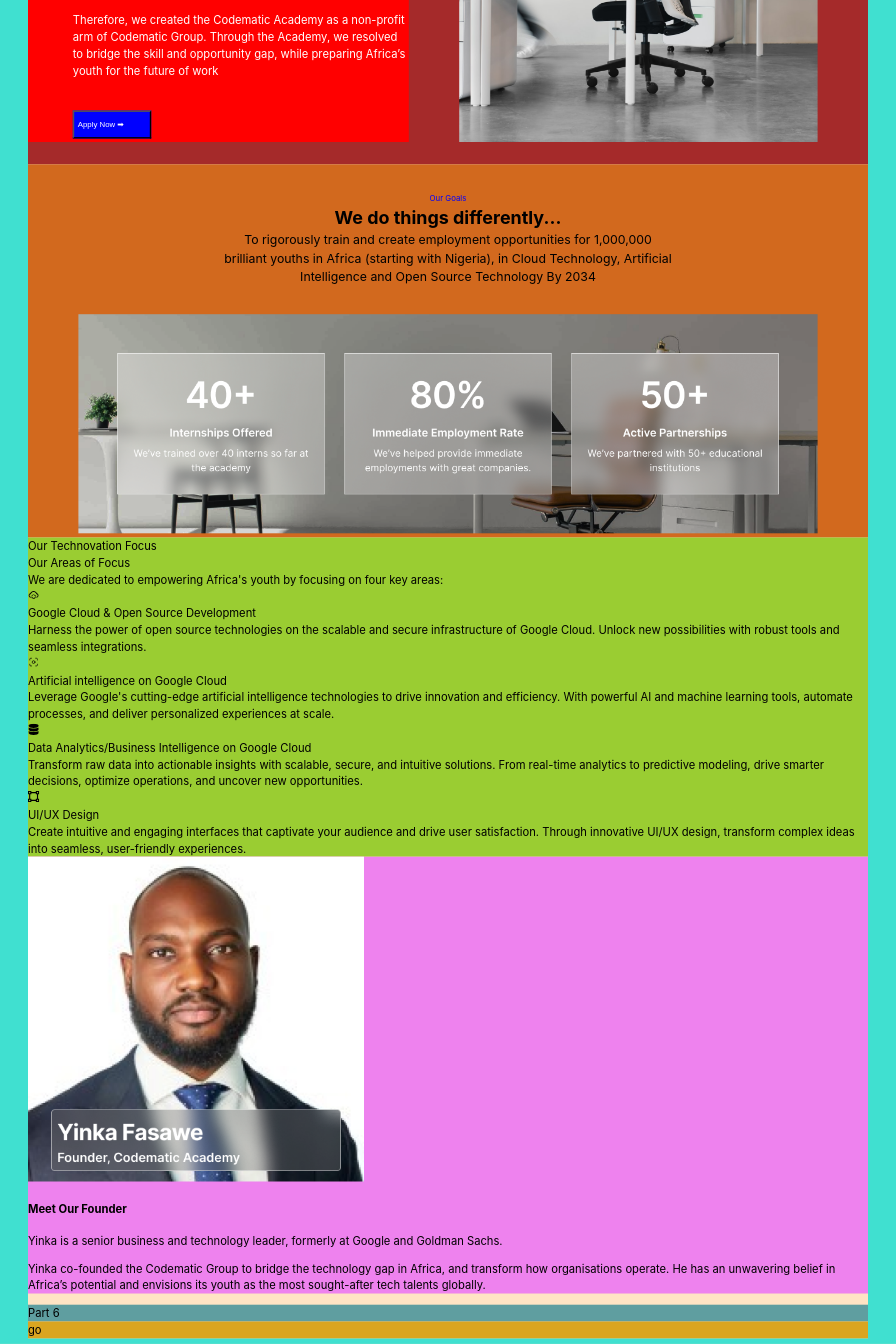
Repository: Gabriel221-dev/Codematic-page
Page: /
The author's editor kept a copy of each file at every save. The page is drawn from the files as they stood at one save, then again after the next save.
The browser window is 1280 px wide. The pictures show the part of the page from y = 1407 to 3327 px (the page is 3327 px tall before and 3303 px after), at 70% of full size.
The project was rebuilt for these pictures with package versions that can differ from the ones it lists, and the page was loaded fresh each time. Also part of the build but not shown: vite.config.js.

Above is the page before, as saved 2024-07-25 09:07:40.

### src/App.jsx
import "./App.css";
import Home from "./pages/home";

function App() {
  return (
    <section>
      <div> Hello </div>
      <Home />
    </section>
  );
}

export default App;

### src/index.css
:root {
  font-family: Inter, system-ui, Avenir, Helvetica, Arial, sans-serif;
  line-height: 1.5;
  font-weight: 400;
  padding: 0 2rem;

  /* color-scheme: light dark; */
  /* background-color: #242424; */
  background-color:turquoise;

}

### src/App.css
#root {
  max-width: 1280px;
  /* margin: 0 auto; */
  /* padding: 0 2rem; */
  /* text-align: center; */
  background-color:bisque;

}

### src/pages/home.jsx
import "./Home.css";
import { AiOutlineCloudSync } from "react-icons/ai";
import { HiOutlineViewfinderCircle } from "react-icons/hi2";
import { FaDatabase } from "react-icons/fa";
import { SiMaterialdesignicons } from "react-icons/si";

function home() {
  return (
    <div className="Home">
      <section className="Home-1">
        <a href="" alt="" className="academy-1">
          <mark className="mark">Codematic Academy</mark>Join the Academy ➡
        </a>
        <container>
          <content>
            <div className="heading-sub-1">
              <div className="heading-1">
                {" "}
                Empowering Africa&apos;s best talents with modern technology
                skills and access to global opportunities{" "}
              </div>
              <div className="sub-heading-1">
                we are training 1,000,000 african youths in cloud technology ,
                AI, and Open source by 2034 , unlocking global opportunities and
                fostering innovation.{" "}
              </div>
            </div>
            <div className="action">
              <a href="" alt="" className="apply-heading">
                Apply Now
              </a>
              <a href="" alt="" className="learn-heading">
                Learn More
              </a>
            </div>
          </content>
        </container>
        <div className="frame">
          <img src="/public/Images/Frame 2353new.jpg" alt="" />
        </div>
      </section>
      <section className="Home-2">
        <container>
          <content className="home-chair">
            <div className="heading-sub-2">
              <div className="sub-heading-2">About us</div>
              <div className="heading-2">Why we started Codematic Academy</div>
              <article className="text-2">
                <p>
                  {" "}
                  Codematic Group provides software development, technology
                  consulting and cloud managed services for organisations in
                  Africa and the rest of the world. Although headquartered in
                  the United Kingdom, we maintain a satellite office in Lagos,
                  Nigeria, where many of its employees are based.
                </p>
                <p>
                  Our operations in Nigeria revealed a large skill gap between
                  African youths and their counterparts in developed markets in
                  Europe and the US. This severely limits economic growth and
                  access to job opportunities, which are already scarce in
                  Africa.
                </p>
                <p>
                  Therefore, we created the Codematic Academy as a non-profit
                  arm of Codematic Group. Through the Academy, we resolved to
                  bridge the skill and opportunity gap, while preparing Africa’s
                  youth for the future of work
                </p>
              </article>
              <button className="apply-now-2">Apply Now ➡</button>
            </div>
          </content>
        </container>
        <div className="img">
          <img src="/public/Images/Image.png" alt="" />
        </div>
      </section>
      <section className="Home-3">
        <container>
          <content>
            <article className="heading-sub-3">
              <div className="sub-3">Our Goals</div>
              <div className="heading-3">We do things differently...</div>
              <div className="text-3">
                To rigorously train and create employment opportunities for
                1,000,000 brilliant youths in Africa (starting with Nigeria), in
                Cloud Technology, Artificial Intelligence and Open Source
                Technology By 2034
              </div>
            </article>
          </content>
        </container>
        <div>
          <img src="/public/Images/Metrics.png" alt="" />
        </div>
      </section>
      <section className="Home-4">
        <container>
          <content>
            <div>
              <article className="header-sub-4">
                <div className="sub-header-4">Our Technovation Focus</div>
                <div className="header-4">Our Areas of Focus</div>
                <div className="text-4">
                  We are dedicated to empowering Africa&apos;s youth by focusing
                  on four key areas:
                </div>
              </article>
            </div>
          </content>
          <content>
            <div>
              <article>
                <div className="cloud">
                  <AiOutlineCloudSync />
                </div>
                <div className="header-text-4">
                  Google Cloud & Open Source Development
                </div>
                <div className="text-4">
                  Harness the power of open source technologies on the scalable
                  and secure infrastructure of Google Cloud. Unlock new
                  possibilities with robust tools and seamless integrations.
                </div>
              </article>
              <article>
                <div className="circle">
                  <HiOutlineViewfinderCircle />
                </div>
                <div>Artificial intelligence on Google Cloud</div>
                <div>
                  Leverage Google&apos;s cutting-edge artificial intelligence
                  technologies to drive innovation and efficiency. With powerful
                  AI and machine learning tools, automate processes, and deliver
                  personalized experiences at scale.
                </div>
              </article>
              <article>
                <div className="data">
                  <FaDatabase />
                </div>
                <div>Data Analytics/Business Intelligence on Google Cloud</div>
                <div>
                  Transform raw data into actionable insights with scalable,
                  secure, and intuitive solutions. From real-time analytics to
                  predictive modeling, drive smarter decisions, optimize
                  operations, and uncover new opportunities.
                </div>
              </article>
              <article>
                <div>
                  <SiMaterialdesignicons />
                </div>
                <div>UI/UX Design</div>
                <div>
                  Create intuitive and engaging interfaces that captivate your
                  audience and drive user satisfaction. Through innovative UI/UX
                  design, transform complex ideas into seamless, user-friendly
                  experiences.
                </div>
              </article>
            </div>
          </content>
        </container>
      </section>
      <section className="Home-5">
        <container>
          <content>
            <div>
              <img src="/public/Images/ImageYinka.png" alt="" />
            </div>
            <article>
              <div>
                <h1>Meet Our Founder</h1>
                <div>
                  <p>
                    Yinka is a senior business and technology leader, formerly
                    at Google and Goldman Sachs.
                  </p>
                  <p>
                    Yinka co-founded the Codematic Group to bridge the
                    technology gap in Africa, and transform how organisations
                    operate. He has an unwavering belief in Africa’s potential
                    and envisions its youth as the most sought-after tech
                    talents globally.
                  </p>
                </div>
              </div>
            </article>
          </content>
        </container>
      </section>
      <section className="Home-6"> Part 6</section>
      <section className="Home-7"> go</section>
    </div>
  );
}

export default home;

### src/pages/Home.css
/* .Home{
    padding: .5rem;
    background-color:green;
} */
.Home-1{
    /* background-color:red; */
    text-align: center;
}
.mark{
    background-color:white;
    border-radius:12px;
    font-size: .6rem;
    padding:.1rem;
    margin-right: .5rem;
}
.academy-1{
    font-size: .6rem;
    background-color: lightcyan;
    border-radius:12px;
    padding: .3rem;
    text-decoration: none;
}
.heading-sub-1{
      text-align: center;
}
.heading-1{
    width: 45rem;
    height: 12.7rem;
    font-size: 2.8rem;
    justify-content: center;
    align-items: center;
    margin: 0 auto;
    font-weight: 600;
    background-color:white;
}
.sub-heading-1{
    font-size: .9rem;
    height: 120px;
    width: 20rem;
    justify-content: center;
    align-items: center;
    margin: 0 auto;
}
.action{
    gap: 12px;
    text-decoration: none;
}
.apply-heading{
    background-color:#DEE0FF;
    text-align: center;
    margin: 0 1rem;
    padding: .2rem;
    border-radius: 3px;
    text-decoration: none;
}

.learn-heading{
    background-color: blue;
    text-align: center;
    padding: .2rem;
    border-radius: 3px;
    text-decoration: none;
}

.Home-1 img{
    background-color:none;
    width: 65rem;
    height: 516px;
    padding: 1rem;
    margin: 2.9rem 0;
}


.Home-2{
    background-color:brown;
    display: flex;
    justify-content: space-between;
    height: 37rem;
}

.heading-sub-2{
    background-color:red;
    font-size: 1.4rem;
    font-style: normal;
    color: #fff;
    text-align: left;
    max-width: 30rem;
    text-align: left;
    height: 35rem;
    padding: 0 0 0 4rem;
    /* margin: 1rem 0 0 0; */
}

.sub-heading-2{
    font-size: 1rem;
    color:blue;
}

.heading-2{
    font-size: 1.8rem;
    font-weight: 500;
    color:pink;
}

.home-chair{
    flex: 1;
}


.text-2{
    font-size: 1rem;
}

.apply-now-2{
    background-color:blue;
    margin-top:1.8rem;
    padding: .7rem 2rem .7rem 0;
    font-size: .7rem;
    color:white;
    width: 7rem;
}

.Home-2 .img{
    flex: 1;
    display: flex;
    justify-content: center;
}

.Home-2 img{
    display: flex;
    align-items: center;
    text-align: left;
    height: 35rem;
    width: 32rem;
}


.Home-3{
    background-color:chocolate;
    text-align: center;
}

.heading-sub-3{
    padding: 2.5rem;
}

.sub-3{
    color:blue;
    font-size: .7rem;
}

.heading-3{
    color:black;
    font-size: 1.6rem;
    font-weight: 700;
}

.text-3{
    font-size: 1.1rem;
    width:40rem;
    display: flex;
    margin: 0 auto;
}

.Home-3 img{
    width: 66rem;
}

.Home-4{
    background-color:yellowgreen;
}

.Home-5{
    background-color:violet;
}

.Home-6{
    background-color:cadetblue;
}

.Home-7{
    background-color:goldenrod;
}

Loaded but not shown: index.html (common file); src/main.jsx (common file)

After the next save:
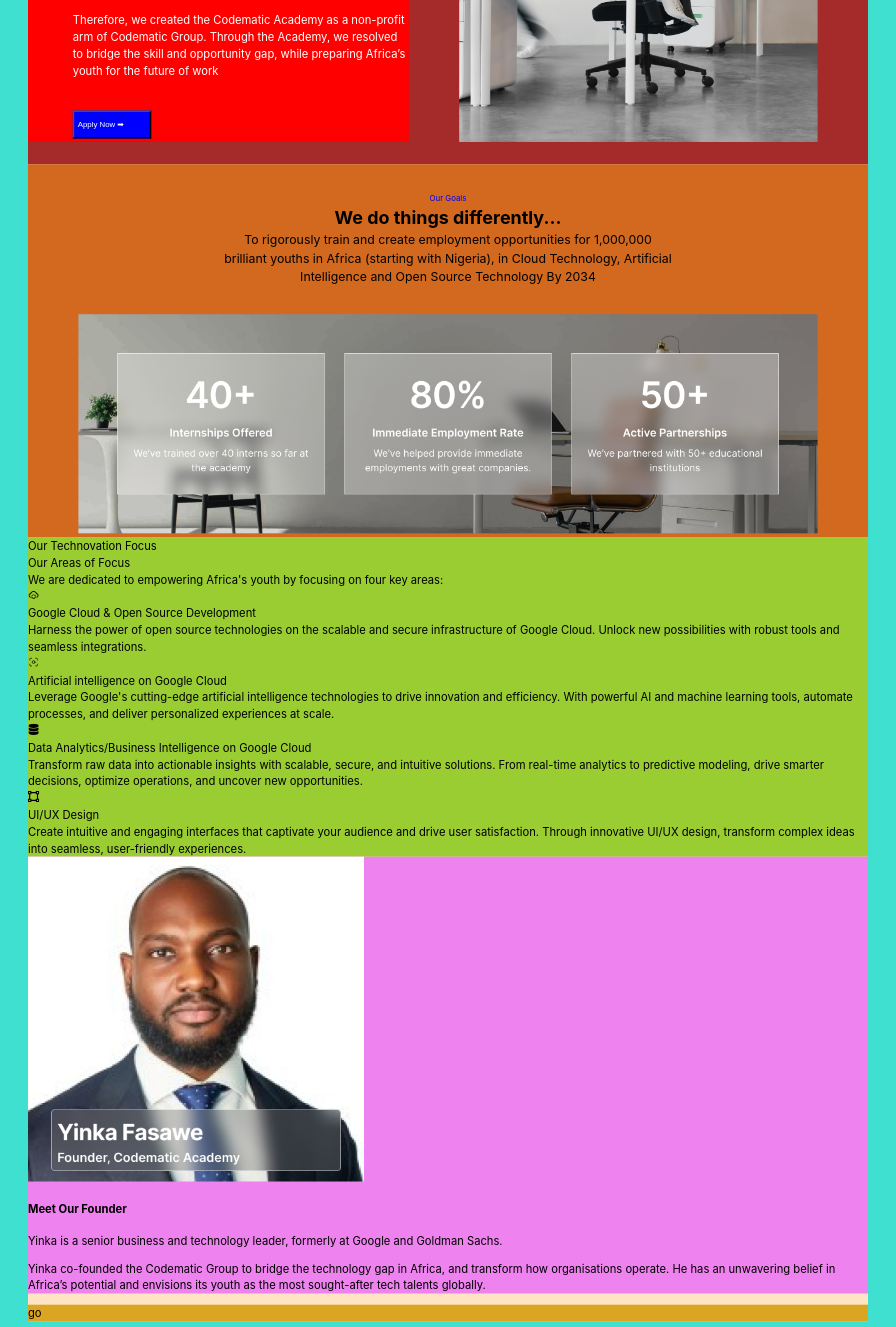
Saved 88 s later.
--- a/src/pages/home.jsx
+++ b/src/pages/home.jsx
@@ -191,7 +191,13 @@
           </content>
         </container>
       </section>
-      <section className="Home-6"> Part 6</section>
+      <section className="Home-6">
+        <container>
+          <div></div>
+          <div></div>
+          <div></div>
+        </container>
+      </section>
       <section className="Home-7"> go</section>
     </div>
   );

After the 5 saves that followed:
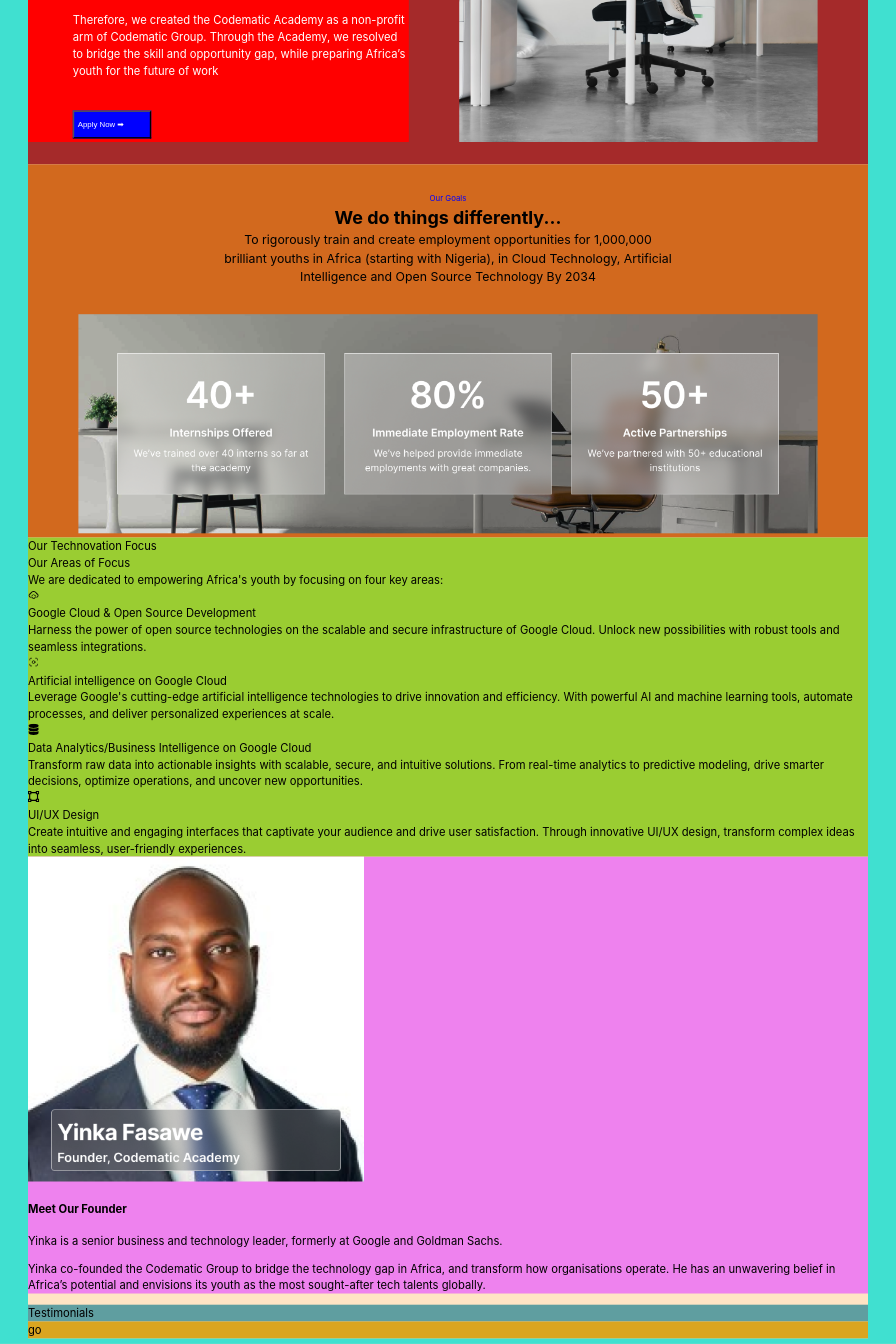
The 5 saves are shown as one change because 4 left the picture as it was.
The last was saved 5 min 3 s later.
--- a/src/pages/home.jsx
+++ b/src/pages/home.jsx
@@ -193,9 +193,16 @@
       </section>
       <section className="Home-6">
         <container>
-          <div></div>
-          <div></div>
-          <div></div>
+          <content>
+            <div>Testimonials</div>
+            <div></div>
+            <div></div>
+          </content>
+          <content>
+            <div>
+              <div></div>
+            </div>
+          </content>
         </container>
       </section>
       <section className="Home-7"> go</section>
